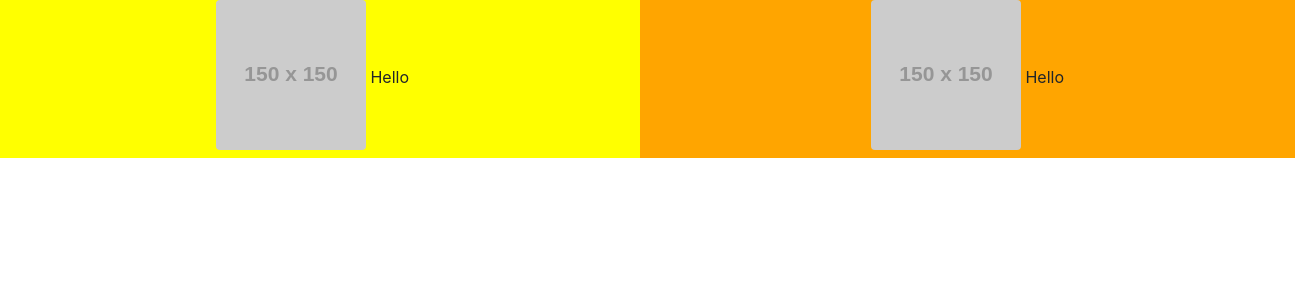
Repository: rsusolutions/RSU-Website
Page: quiz/index.html
An editor plug-in stored every save of this project. The page is shown before and after the next save, followed by the edit.
The browser window is 1280 px wide. The page is 1295 px wide, so the pictures cover 1295 px, including what lies to the right of the window. The pictures show the whole page.
Some web libraries are served in a nearby version.

Above is the page before, as saved 2020-04-21 19:02:07.

### quiz/index.html
<!doctype html>
<html lang="en">
  <head>
    <!-- Required meta tags -->
    <meta charset="utf-8">
    <meta name="viewport" content="width=device-width, initial-scale=1, shrink-to-fit=no">

    <!-- Bootstrap CSS -->
    <link rel="stylesheet" href="https://maxcdn.bootstrapcdn.com/bootstrap/4.0.0/css/bootstrap.min.css" integrity="sha384-Gn5384xqQ1aoWXA+058RXPxPg6fy4IWvTNh0E263XmFcJlSAwiGgFAW/dAiS6JXm" crossorigin="anonymous">
    <link rel="stylesheet" href="style.css">
    <script src="script.js"></script>

    <title>quiz</title>
  </head>
  <body>
    <section class="section-preview ">

 <div class="row">
      <div class="col" style="background-color:yellow; text-align: center;">
    <img class="rounded mb-2" alt="100x100" src="https://placehold.it/150x150" data-holder-rendered="true">
    Hello
    </div>
      <div class="col" style="background-color:orange; text-align: center;">
    <img class="rounded mb-2" alt="100x100" src="https://placehold.it/150x150" data-holder-rendered="true">
    Hello
    </div>
    </div>

    </section>
    <!-- Optional JavaScript -->
    <!-- jQuery first, then Popper.js, then Bootstrap JS -->
    <script src="https://code.jquery.com/jquery-3.2.1.slim.min.js" integrity="sha384-KJ3o2DKtIkvYIK3UENzmM7KCkRr/rE9/Qpg6aAZGJwFDMVNA/GpGFF93hXpG5KkN" crossorigin="anonymous"></script>
    <script src="https://cdnjs.cloudflare.com/ajax/libs/popper.js/1.12.9/umd/popper.min.js" integrity="sha384-ApNbgh9B+Y1QKtv3Rn7W3mgPxhU9K/ScQsAP7hUibX39j7fakFPskvXusvfa0b4Q" crossorigin="anonymous"></script>
    <script src="https://maxcdn.bootstrapcdn.com/bootstrap/4.0.0/js/bootstrap.min.js" integrity="sha384-JZR6Spejh4U02d8jOt6vLEHfe/JQGiRRSQQxSfFWpi1MquVdAyjUar5+76PVCmYl" crossorigin="anonymous"></script>
  </body>
</html>

### quiz/style.css
@import url(https://fonts.googleapis.com/css?family=Lato:100,400);
/* #the-final-countdown {
  background: #333;
  font-family: 'Lato', sans-serif;
  text-align: center;
  color: #eee;
  text-shadow: 1px 1px 5px black;
  padding: 1rem 0;
  font-size: 3rem;
  border: 1px solid #000;
} */

### quiz/script.js
setInterval(function time() {
    var d = new Date();
    var hours = 18 - d.getHours();
    var min = 60 - d.getMinutes();
    if ((min + "").length == 1) {
        min = "0" + min;
    }
    var sec = 60 - d.getSeconds();
    if ((sec + "").length == 1) {
        sec = "0" + sec;
    }
    if(hours<0||min<0||sec<0){
        jQuery("#the-final-countdown").text("Time Up");
    }
    else{

        jQuery("#the-final-countdown").text("Time Left "+hours + ":" + min + ":" + sec);
    }
}, 1000);

After the next save:
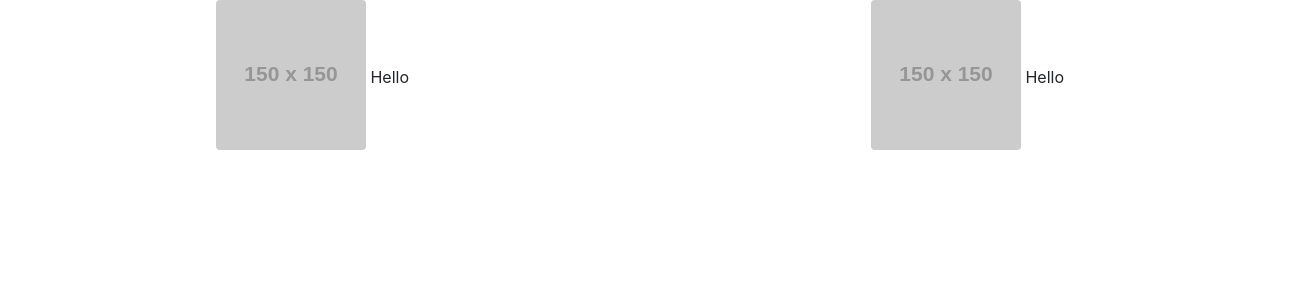
Saved 8 min 15 s later.
--- a/quiz/index.html
+++ b/quiz/index.html
@@ -16,11 +16,11 @@
     <section class="section-preview ">
 
  <div class="row">
-      <div class="col" style="background-color:yellow; text-align: center;">
+      <div class="col" style=" text-align: center;">
     <img class="rounded mb-2" alt="100x100" src="https://placehold.it/150x150" data-holder-rendered="true">
     Hello
     </div>
-      <div class="col" style="background-color:orange; text-align: center;">
+      <div class="col" style=" text-align: center;">
     <img class="rounded mb-2" alt="100x100" src="https://placehold.it/150x150" data-holder-rendered="true">
     Hello
     </div>
